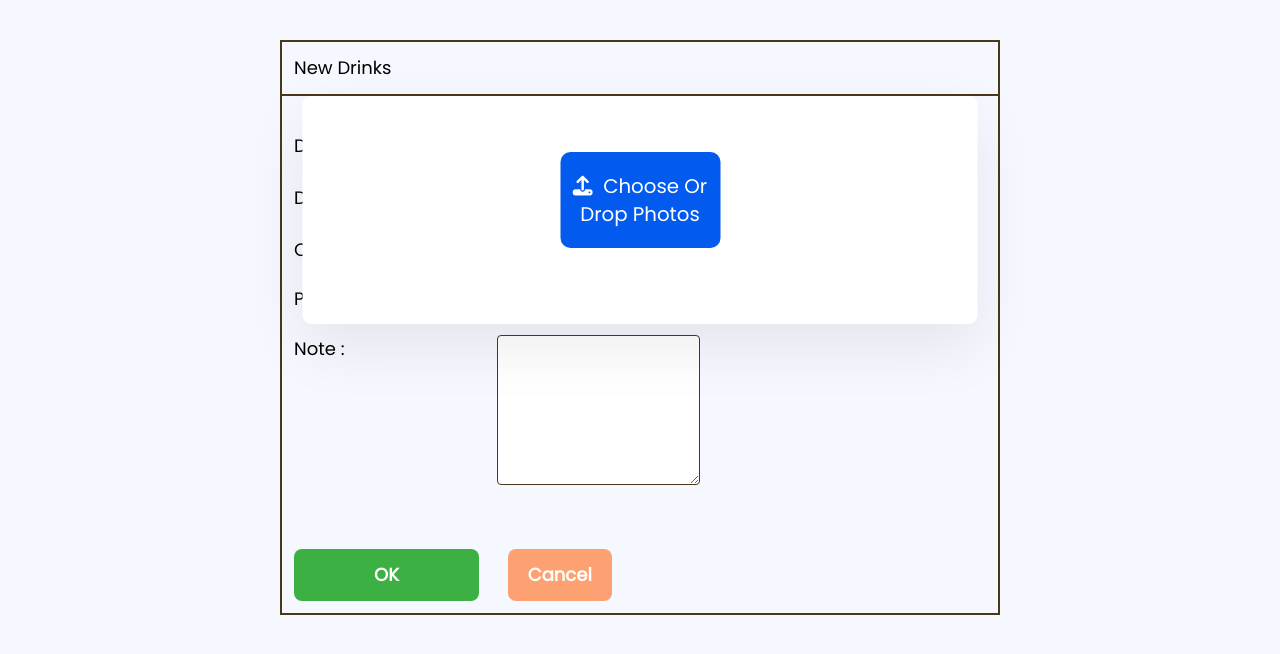
Repository: Dapravith/Midterm-SE-GIC-Cafe-Project-Group16
Page: src/main/resources/templates/addDrink.html
These files come from the project's save history. The page is drawn as it stood at one moment and after the next save; the edit follows.
The browser window is 1280 px wide. The pictures show the whole page.
Some web libraries are served in a nearby version.

Above is the page before, as saved 2023-05-16 22:34:17.

### src/main/resources/templates/addDrink.html
<!DOCTYPE html>
<html lang="en">

<head>
    <meta charset="UTF-8">
    <meta http-equiv="X-UA-Compatible" content="IE=edge">
    <meta name="viewport" content="width=device-width, initial-scale=1.0">
    <title>Add New Drink</title>
    <script src="https://cdn.tailwindcss.com"></script>
    <!-- Font Awesome Icons -->
    <link rel="stylesheet" href="https://cdnjs.cloudflare.com/ajax/libs/font-awesome/6.2.0/css/all.min.css" />
    <!-- Google Font -->
    <link href="https://fonts.googleapis.com/css2?family=Poppins&display=swap" rel="stylesheet" />
    <style>
        * {
            padding: 0;
            margin: 0;
            box-sizing: border-box;
            font-family: "Poppins", sans-serif;
        }

        button:hover {
            box-shadow: 0 13px 18px 0 rgba(151, 208, 27, 0.24), 0 19px 50px 0 rgba(238, 227, 21, 0.19);
        }

        body {
            background-color: #f5f8ff;
        }

        .images {
            background-color: #ffffff;
            width: 50%;
            min-width: 37.5em;
            padding: 3.12em 1.87em;
            position: absolute;
            transform: translateX(-50%);
            left: 50%;
            right: 50%;
            box-shadow: 0 1.25em 3.43em rgba(0, 0, 0, 0.08);
            border-radius: 0.5em;
            justify-content: right;
        }

        input[type="file"] {
            display: none;
        }

        .upload-images {
            display: block;
            position: relative;
            background-color: #025bee;
            color: #ffffff;
            font-size: 1.1em;
            text-align: center;
            width: 10rem;
            padding: 1em 0;
            border-radius: 0.5em;
            margin: 0 auto 1em auto;
            cursor: pointer;
        }

        #image-display {
            position: relative;
            width: 10%;
            margin: 0 auto;
            display: flex;
            justify-content: space-evenly;
            gap: 1.5em;
            flex-wrap: wrap;
        }

        #image-display figure {
            width: 10%;
        }

        #image-display img {
            width: 10%;
        }

        #image-display figcaption {
            font-size: 0.5em;
            text-align: center;
            color: #5a5861;
        }

        .active {
            border: 0.2em dashed #025bee;
        }

        #error {
            text-align: center;
            color: #ff3030;
        }
    </style>
</head>

<body class="m-10 text-lg">
    <!-- Crud PRODUCTS -->
    <div class="new_drink w-[60%] h-fit m-auto  border-[2px] border-solid border-[#4B371C] ">
        <div class="head p-3">
            <h2>New Drinks</h2>
        </div>
        <div class="w-[100%] border-[1px] border-solid border-[#4B371C]"></div>
        <div class="flex">
            <div class="add_drink w-[60%]">
                <div class="py-3 ">
                    <form action="#" class="p-3 ">
                        <div class="mt-3 grid grid-cols-2">
                            <label class="mr-5" for="dcode">Drinks code :</label>
                            <input type="text" id="dcode" name="" class="p-1 border-[2px] border-solid border-[#4B371C] rounded" placeholder="">
                        </div>
                        <div class="mt-3 grid grid-cols-2">
                            <label class="mr-5" for="dname">Drinks name :</label>
                            <input type="text" id="dname" name="" class="p-1 border-[2px] border-solid border-[#4B371C] rounded" placeholder="">
                        </div>
                        <div class="mt-3 grid grid-cols-2">
                            <label class="mr-5" for="category">Category :</label>
                            <div class="flex justify-between">
                                <select type="add-item" id="category" name="" class="p-1 border-[1px] border-solid border-[#4B371C] rounded" placeholder="">
                                    <option value="1">Hot Drinks</option >
                                    <option value="2" >Cool Drinks</option >
                                    <option value="3" >Frappe</option >
                                    <option value="4" >Food</option >
                                </select>
                                <button id="add_category" class=" w-fit h-fit bg-[#3CB043] text-center text-white font-bold cursor-pointer duration-100 rounded-lg">
                                    <svg xmlns="http://www.w3.org/2000/svg" fill="none" viewBox="0 0 24 24" stroke-width="1.5" stroke="currentColor" class="w-[30px] h-[30px] " onclick="showPopup()">
                                        <path stroke-linecap="round" stroke-linejoin="round" d="M12 4.5v15m7.5-7.5h-15" />
                                    </svg>
                                </button>

                            </div>

                        </div>

                        <div class="mt-3 grid grid-cols-2">
                            <label class="mr-5" for="price">Price :</label>
                            <input name="" min="0" type="number" id="price" class="p-1 border-[1px] border-solid border-[#4B371C] rounded" placeholder="">
                        </div>
                        <div class="mt-3 grid grid-cols-2">
                            <label class="mr-5" for="note">Note :</label>
                            <textarea id="note" cols="50" rows="5" name="" class="p-1 w-full border-[1px] border-solid border-[#4B371C] rounded resize-x"> </textarea>
                        </div>
                    </form>
                </div>
                <br />
                <div>
                    <button class=" py-3 bg-[#3CB043] text-center text-white font-bold px-20 m-3 inline-block cursor-pointer duration-100 rounded-lg">OK</button>
                    <button class=" py-3 px-5 bg-[#FDA172] text-center text-white  font-bold p-3 m-3 inline-block cursor-pointer duration-100 rounded-lg">Cancel</button>
                </div>
            </div>
            <div class="images">
                <input type="file" id="upload-button" multiple accept="image/*" />
                <label class="upload-images" for="upload-button"><i class="fa-solid fa-upload"></i>&nbsp; Choose Or Drop Photos
                </label>
                <div id="error"></div>
                <div id="image-display"></div>
            </div>
        </div>
    </div>
    </div>
    <!-- ADD NEW CATEGORY -->
    <div class="popup w-[100vw] h-[100vh] absolute top-[0] left-[0] bg-[#f1f1f199] hidden z-[100]">
        <main class="w-[20rem] absolute top-[50%] left-[50%] translate-x-[-50%] translate-y-[-50%]">
            <div class="none w-full h-fit m-auto  border-[2px] border-solid border-[#4B371C]">
                <div class="head p-3">
                    <h2>New Category</h2>
                </div>
                <div class="w-[100%] border-[1px] border-solid border-[#4B371C]"></div>
                <div class=" ">
                    <form action="#" class="add_category p-3">
                        <div class="mt-3 grid grid-cols-2">
                            <label for="gcode">Category code :</label>
                            <input type="text" id="dcode" name="" class="category_code border-[1px] border-solid border-[#4B371C] rounded" placeholder="" required>
                        </div>
                        <div class="mt-3 grid grid-cols-2">
                            <label for="gname">Category name :</label>
                            <input type="text" id="gname" name="" class="category_name border-[1px] border-solid border-[#4B371C] rounded" placeholder="" required>
                        </div>
                        <br />
                        <div class="flex">
                            <input id="okay" type="submit" value="OK" class=" py-3 bg-[#3CB043] text-center font-bold text-white px-16 in m-3 p-3 line-block cursor-pointer duration-100 rounded-lg">
                            <button class="cancel py-3 px-5 bg-[#FDA172] text-center font-bold text-white p-3 m-3 inline-block cursor-pointer duration-100 rounded-lg">Cancel</button>
                        </div>
                    </form>
                </div>
            </div>
        </main>

    </div>
    <script>
        const addNewCat = document.getElementById("add_category");
        const popup = document.querySelector(".popup");
        const form_add_category = document.querySelector(".add_category ");

        addNewCat.addEventListener("click", showPopup);

        function showPopup() {
            popup.classList.remove('hidden')
        }

        form_add_category.addEventListener("submit", () => {
            clear()
            popup.classList.add('hidden')
        });

        document.querySelector('.cancel').addEventListener('click', () => {
            clear()
            popup.classList.add('hidden')
        })

        popup.addEventListener('click', (e) => {
            const target = e.target;

            if (target.classList.contains('popup')) {
                popup.classList.add('hidden')
            }
        })

        const clear = () => {
            document.querySelector('.category_name').value = ""
            document.querySelector('.category_code').value = ""
        }

        let uploadButton = document.getElementById("upload-button");
        let chosenImage = document.getElementById("chosen-image");
        let fileName = document.getElementById("file-name");
        let container = document.querySelector(".images");
        let error = document.getElementById("error");
        let imageDisplay = document.getElementById("image-display");

        const fileHandler = (file, name, type) => {
            if (type.split("/")[0] !== "image") {
                //File Type Error
                error.innerText = "Please upload an image file";
                return false;
            }
            error.innerText = "";
            let reader = new FileReader();
            reader.readAsDataURL(file);
            reader.onloadend = () => {
                //image and file name
                let imageContainer = document.createElement("figure");
                let img = document.createElement("img");
                img.src = reader.result;
                imageContainer.appendChild(img);
                imageContainer.innerHTML += `<figcaption>${name}</figcaption>`;
                imageDisplay.appendChild(imageContainer);
            };
        };

        //Upload Button
        uploadButton.addEventListener("change", () => {
            imageDisplay.innerHTML = "";
            Array.from(uploadButton.files).forEach((file) => {
                fileHandler(file, file.name, file.type);
            });
        });

        container.addEventListener(
            "dragenter",
            (e) => {
                e.preventDefault();
                e.stopPropagation();
                container.classList.add("active");
            },
            false
        );

        container.addEventListener(
            "dragleave",
            (e) => {
                e.preventDefault();
                e.stopPropagation();
                container.classList.remove("active");
            },
            false
        );

        container.addEventListener(
            "dragover",
            (e) => {
                e.preventDefault();
                e.stopPropagation();
                container.classList.add("active");
            },
            false
        );

        container.addEventListener(
            "drop",
            (e) => {
                e.preventDefault();
                e.stopPropagation();
                container.classList.remove("active");
                let draggedData = e.dataTransfer;
                let files = draggedData.files;
                imageDisplay.innerHTML = "";
                Array.from(files).forEach((file) => {
                    fileHandler(file, file.name, file.type);
                });
            },
            false
        );

        window.onload = () => {
            error.innerText = "";
        };
    </script>
</body>

</html>

After the next save:
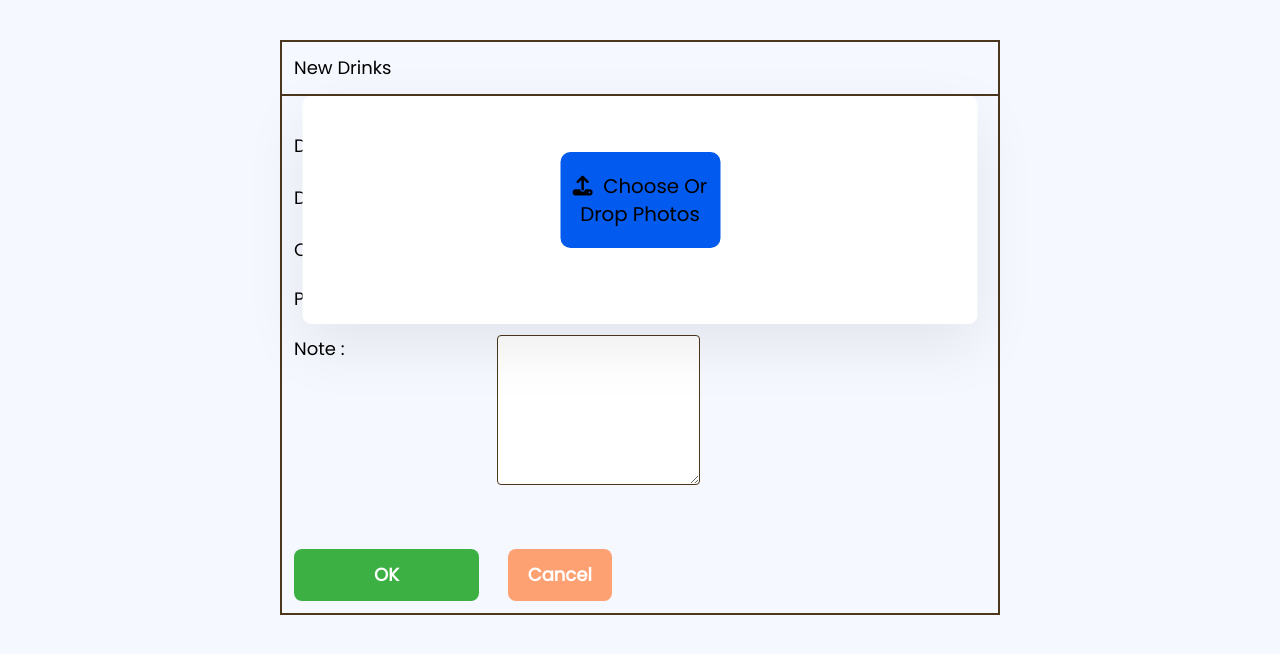
Saved 14 s later.
--- a/src/main/resources/templates/addDrink.html
+++ b/src/main/resources/templates/addDrink.html
@@ -49,7 +49,6 @@
             display: block;
             position: relative;
             background-color: #025bee;
-            color: #ffffff;
             font-size: 1.1em;
             text-align: center;
             width: 10rem;

After the save that followed:
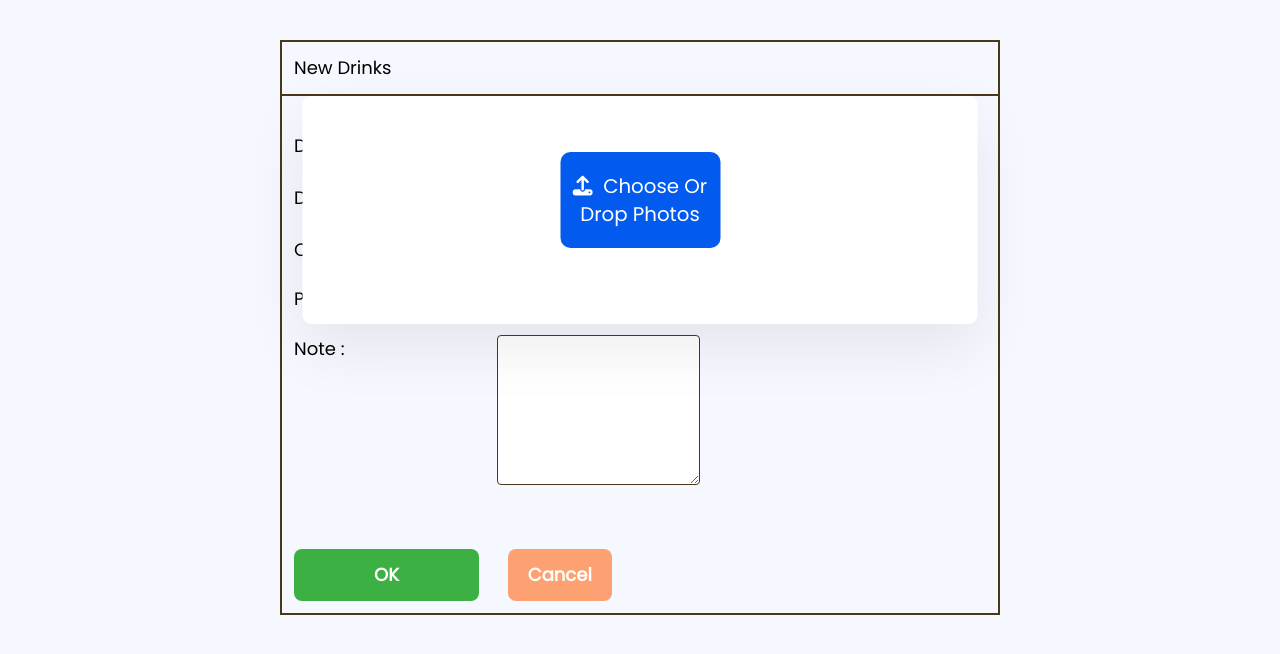
Saved 72 s later.
--- a/src/main/resources/templates/addDrink.html
+++ b/src/main/resources/templates/addDrink.html
@@ -43,12 +43,15 @@
 
         input[type="file"] {
             display: none;
+            align-items: right;
+            justify-items: right;
         }
 
         .upload-images {
             display: block;
             position: relative;
             background-color: #025bee;
+            color: #ffffff;
             font-size: 1.1em;
             text-align: center;
             width: 10rem;
